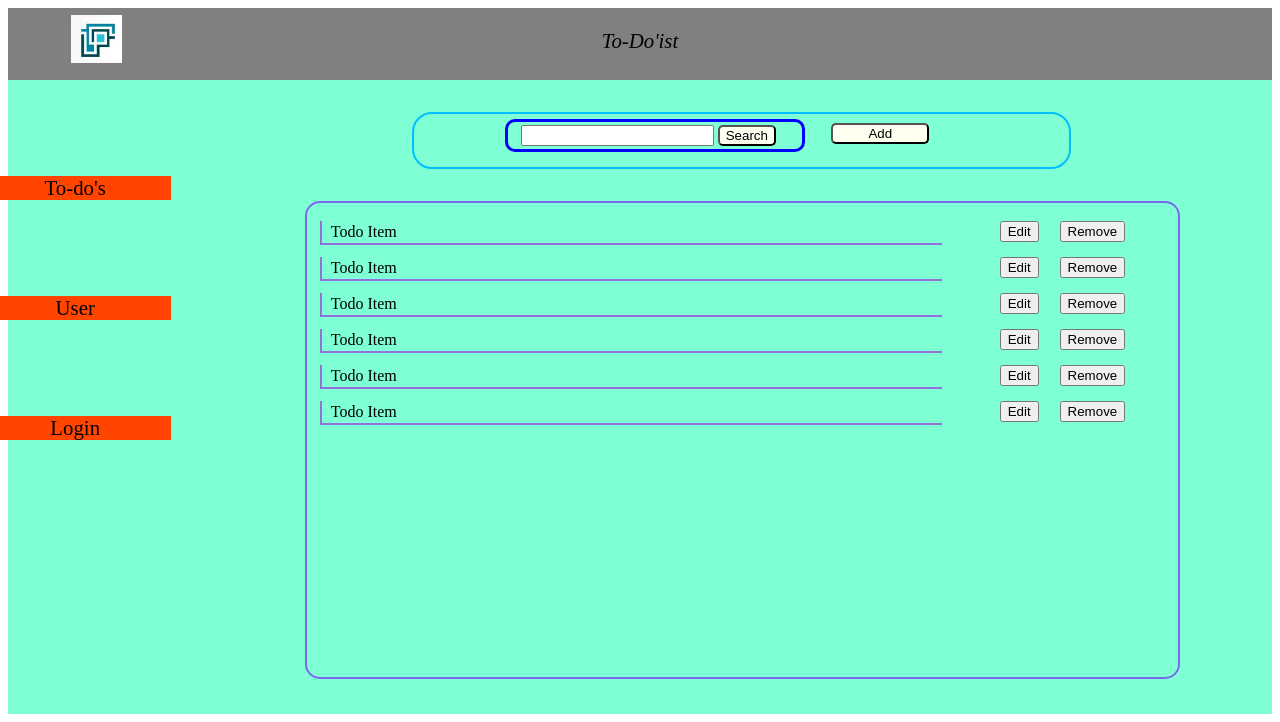
Repository: tavisca-pkadam/Todo-Website
Page: home.html
The author's editor kept a copy of each file at every save. The page is drawn from the files as they stood at one save, then again after the next save.
The browser window is 1280 px wide. The pictures show the whole page.

Above is the page before, as saved 2019-08-20 08:51:47.

### home.html
<!DOCTYPE html>
<html>
  <head>
    <meta charset="utf-8" />
    <meta http-equiv="X-UA-Compatible" content="IE=edge" />
    <title>Page Title</title>
    <meta name="viewport" content="width=device-width, initial-scale=1" />
    <link rel="stylesheet" type="text/css" media="screen" href="main.css" />

    <link rel="import" href="components/header.html" />

    <!-- <script src='main.js'></script> -->
  </head>
  <body>
    <div id="head" class="header">
      <img id="company_logo" src="src/logo.jpg" width="5%" />
      <p id="todo_header"><i>To-Do'ist</i></p>
    </div>


    <div id="side_nav">
      <div id="side_todo"  class="side_btn">
        To-do's
      </div>
      <div id="side_user" class="side_btn">
        User
      </div>
      <div id="side_login" class="side_btn">
        Login
      </div>
    </div>
    <div id="todo_content">
        <div id="todo_content_head">
            <div id="todo_content_search">
                <input type="text" style="padding-right:10px">
                <button class="search_button">Search</button>
            </div>
            <button id="todo_content_add" class="search_button">Add</button>
        </div>
        <div id="todo_list">
            <div class="todo_item">
                <div class="todo_detail">
                        Todo Item
                </div>
                <button class="todo_edit_btn">Edit</button>
                <button>Remove</button>
            </div>
            <div class="todo_item">
                <div class="todo_detail">
                        Todo Item
                </div>
                <button class="todo_edit_btn">Edit</button>
                <button>Remove</button>
            </div>
            <div class="todo_item">
                <div class="todo_detail">
                        Todo Item
                </div>
                <button class="todo_edit_btn">Edit</button>
                <button>Remove</button>
            </div>
            <div class="todo_item">
                <div class="todo_detail">
                        Todo Item
                </div>
                <button class="todo_edit_btn">Edit</button>
                <button>Remove</button>
            </div>
            <div class="todo_item">
                <div class="todo_detail">
                        Todo Item
                </div>
                <button class="todo_edit_btn">Edit</button>
                <button>Remove</button>
            </div>
            <div class="todo_item">
                <div class="todo_detail">
                        Todo Item
                </div>
                <button class="todo_edit_btn">Edit</button>
                <button>Remove</button>
            </div>
        </div>
    </div>
  </body>
</html>

### main.css
.header {
    background-color:gray;
    position: relative;
    width: 100%;
    height: 10vh;
    margin:0%;
}

#company_logo {
    position: absolute;
    left: 5%;
    width: 4%;
    margin-top: 1vh;
}

#todo_header {
    font-size: 1.3em;
    font-style: oblique;
    font-stretch: expanded;
    position: absolute;
    width: 100%;
    text-align: center;

    /* right: 45%; */
}

#side_nav {
    position: fixed;
    width: 15%;
    background-color: aquamarine;
    height: 88vh;
}

.side_btn {
    left:-15%;
    text-align: center;
    width: 100%;
    position: relative;
    background-color: orangered;
    margin-top: 50%;
    font-size: 1.3rem
}


#todo_content {
    position: relative;
    left: 15%;
    width:85%;
    background-color: aquamarine;
    height: 88vh;
}

#todo_content_head {
    border: 1px;
    position: relative;
    /* background-color: deepskyblue; */
    padding: 5px;
    width: 60%;
    height: 6vh;
    border-radius: 20px;
    left: 20%;
    top: 5%;

    border-width: 2px;
    border-style: solid;
    border-color: deepskyblue;
}

.search_button{
    text-align: center;
    background-color: ivory;
    border-radius: 5px;
}

#todo_content_search{
    position: absolute;
    /* background-color: darksalmon; */
    padding: 0.5%;
    margin-left:4%;
    padding-left: 2%;
    padding-right: 4%;
    left: 5vw;
    border-radius: 10px;
    /* border-width: 1px; */
    border-style: solid;
    border-color: blue;

}
#todo_content_add {
    position: absolute;
    background-color: ivory;
    left: 30vw;
    /* top: 10px; */
    width: 15%;
    margin: 4px;
    margin-left: 5%;
}


#todo_list {
    /* background-color: mediumslateblue; */
    position: relative;
    width: 80%;
    left: 10%;
    top: 10%;
    height: 65vh;
    border-radius: 15px;
    padding:3px;
    padding-left: 8px;


    border-width: 2px;
    border-style: solid;
    border-color: mediumslateblue;
}

.todo_item{
    margin:5px;
    margin-top: 15px;
}

.todo_edit_btn{
    margin-left: 80%;
    margin-right: 2%;
}

.todo_detail{
    width: 70%;

    position: absolute;
    padding: 2px;
    padding-left: 1%;

    border-bottom: 6px solid;
    border-left: 6px solid;
    border-width: 2px;
    border-color: mediumpurple;
    }

After the next save:
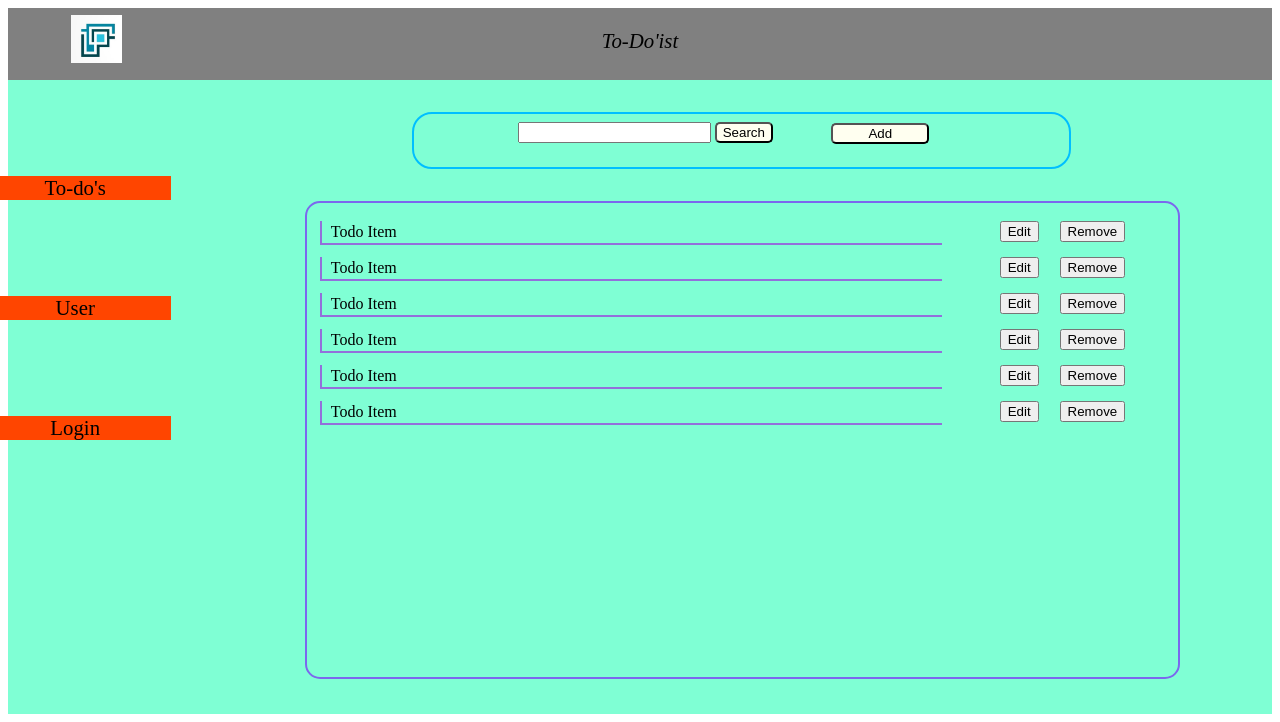
Saved 5 s later.
--- a/main.css
+++ b/main.css
@@ -82,7 +82,7 @@
     left: 5vw;
     border-radius: 10px;
     /* border-width: 1px; */
-    border-style: solid;
+    /* border-style: solid; */
     border-color: blue;
 
 }
